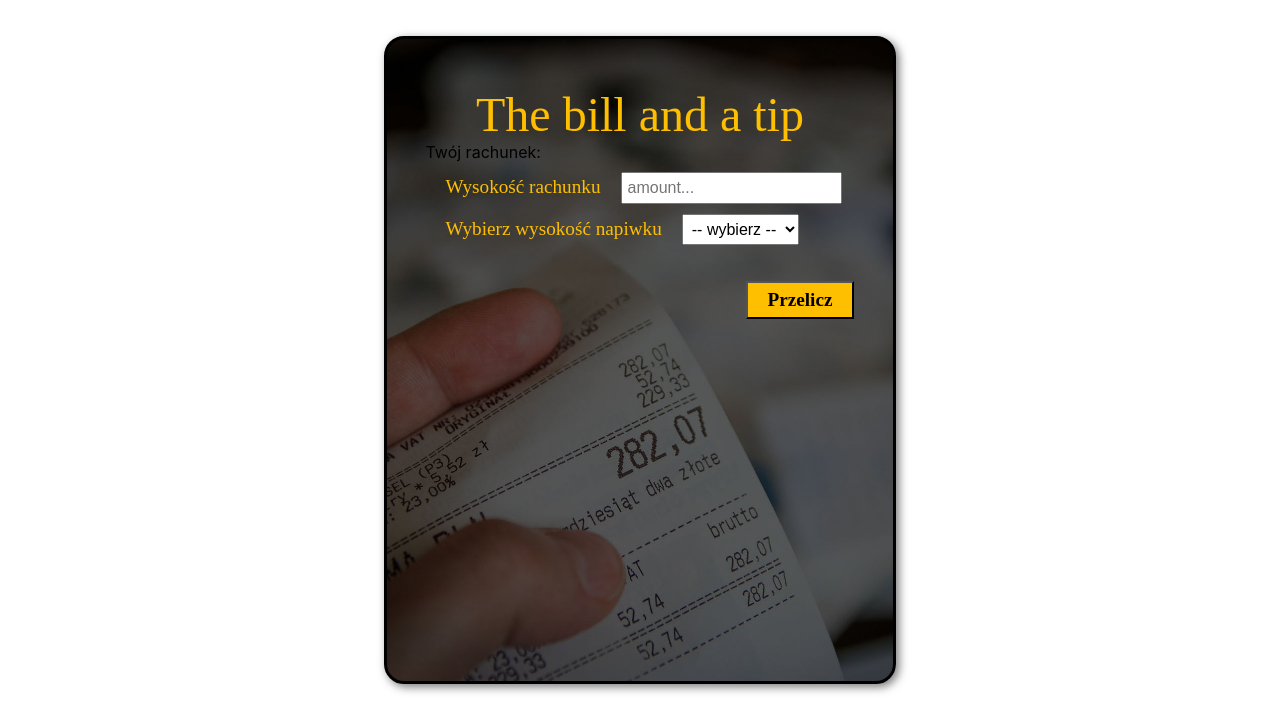
Repository: KrzysKolo/sr_tydzien4_zad1
Page: /
The author's editor kept a copy of each file at every save. The page is drawn from the files as they stood at one save, then again after the next save.
The browser window is 1280 px wide. The pictures show the whole page.
The pointer rests on the first visible `.btn__BillCard`.
Some web fonts or font styles are not loaded; a fallback is used. The project was rebuilt for these pictures with package versions that can differ from the ones it lists, and the page was loaded fresh each time.

Above is the page before, as saved 2020-11-06 10:52:47.

### public/index.html
<!DOCTYPE html>
<html lang="en">
  <head>
    <meta charset="utf-8" />
    <link rel="icon" href="%PUBLIC_URL%/favicon.ico" />
    <meta name="viewport" content="width=device-width, initial-scale=1" />
    <meta name="theme-color" content="#000000" />
    <meta
      name="description"
      content="Web site created using create-react-app"
    />
    <link rel="apple-touch-icon" href="%PUBLIC_URL%/logo192.png" />
    <!--
      manifest.json provides metadata used when your web app is installed on a
      user's mobile device or desktop. See https://developers.google.com/web/fundamentals/web-app-manifest/
    -->
    <link rel="manifest" href="%PUBLIC_URL%/manifest.json" />
    <!--
      Notice the use of %PUBLIC_URL% in the tags above.
      It will be replaced with the URL of the `public` folder during the build.
      Only files inside the `public` folder can be referenced from the HTML.

      Unlike "/favicon.ico" or "favicon.ico", "%PUBLIC_URL%/favicon.ico" will
      work correctly both with client-side routing and a non-root public URL.
      Learn how to configure a non-root public URL by running `npm run build`.
    -->
    <link href="https://fonts.googleapis.com/css2?family=Calligraffitti&family=Shadows+Into+Light+Two&family=Skranji&display=swap" rel="stylesheet">
    <title>Bill and tip</title>
  </head>
  <body>
    <noscript>You need to enable JavaScript to run this app.</noscript>
    <div id="root"></div>
    <!--
      This HTML file is a template.
      If you open it directly in the browser, you will see an empty page.

      You can add webfonts, meta tags, or analytics to this file.
      The build step will place the bundled scripts into the <body> tag.

      To begin the development, run `npm start` or `yarn start`.
      To create a production bundle, use `npm run build` or `yarn build`.
    -->
  </body>
</html>

### src/App.js
import './App.css';
import BillCard from './components/BillCard';
const App = () => {
  return (
    <div>
      <BillCard/>
    </div>
   );
}

export default App;

### src/components/BillCard.js
import React, { Component } from 'react';
import HeaderCard from './HeaderCard';
import SectionCard from './SectionCard';
import './BillCard.css';
class BillCard extends Component {
    state = {  }
    render() {
        return (
            <div className="billCard__wrapper">
                <HeaderCard/>
                <SectionCard />
            </div>
         );
    }
}

export default BillCard;

### src/components/HeaderCard.js
import React from 'react';
const HeaderCard = () => {
    return (
        <div className="billCard__header">
            The bill and a tip
        </div>
     );
}

export default HeaderCard;

### src/components/SectionCard.js
import React, { Component } from 'react';
class SectionCard extends Component {
    state = {  }
    render() {
        return (
            <section>
                <p>Twój rachunek: </p>
                <form>
                    <label className="label__BillCard" for="form__input-amount">Wysokość rachunku</label>
                    <input className="form__items" type="text" id="form__input-amount" name="amount" placeholder="amount..." /><br/>
                    <label className="label__BillCard" for="form__select">Wybierz wysokość napiwku</label>
                    <select className="form__items" name="tip" id="cars">
                        <option value="">-- wybierz --</option>
                        <option value="5">5%</option>
                        <option value="10">10%</option>
                        <option value="15">15%</option>
                        <option value="20">20%</option>
                    </select> <br />
                    <button className="btn__BillCard" type="submit">Przelicz</button>
                </form>
            </section>
         );
    }
}

export default SectionCard;

### src/components/BillCard.css
.billCard__wrapper {
  width: 40vw;
  height: 90vh;
  background: url("./../image/bill.jpg");
  background-size: cover;
  border: 3px solid black;
  border-radius: 20px;
  box-shadow: 3px 3px 10px #7a7a7a;
  display: flex;
  flex-direction: column;
  align-items: center;
  margin: 5vh auto;
}
.billCard__header {
  font-family: "Skranji", cursive;
  font-size: 3rem;
  color: rgb(253, 191, 0);
  margin-top: 3rem;
}
.label__BillCard {
  font-family: "Shadows Into Light Two", cursive;
  font-size: 1.2rem;
  color: rgb(253, 191, 0);
  padding: 20px;
}
.form__items {
  font-size: 1rem;
  padding: 5px;
  margin-top: 10px;
}
.btn__BillCard {
  font-family: "Shadows Into Light Two", cursive;
  font-size: 1.2rem;
  background-color: rgb(253, 191, 0);
  cursor: pointer;
  margin: 5vh auto 2vh 25vw;
  padding: 6px 20px;
  transition: all ease-in-out 0.6s;
  font-weight: bold;
}

Loaded but not shown: src/index.js (common file); src/index.css (common file); src/App.css (common file); public/manifest.json (common file)

After the next save:
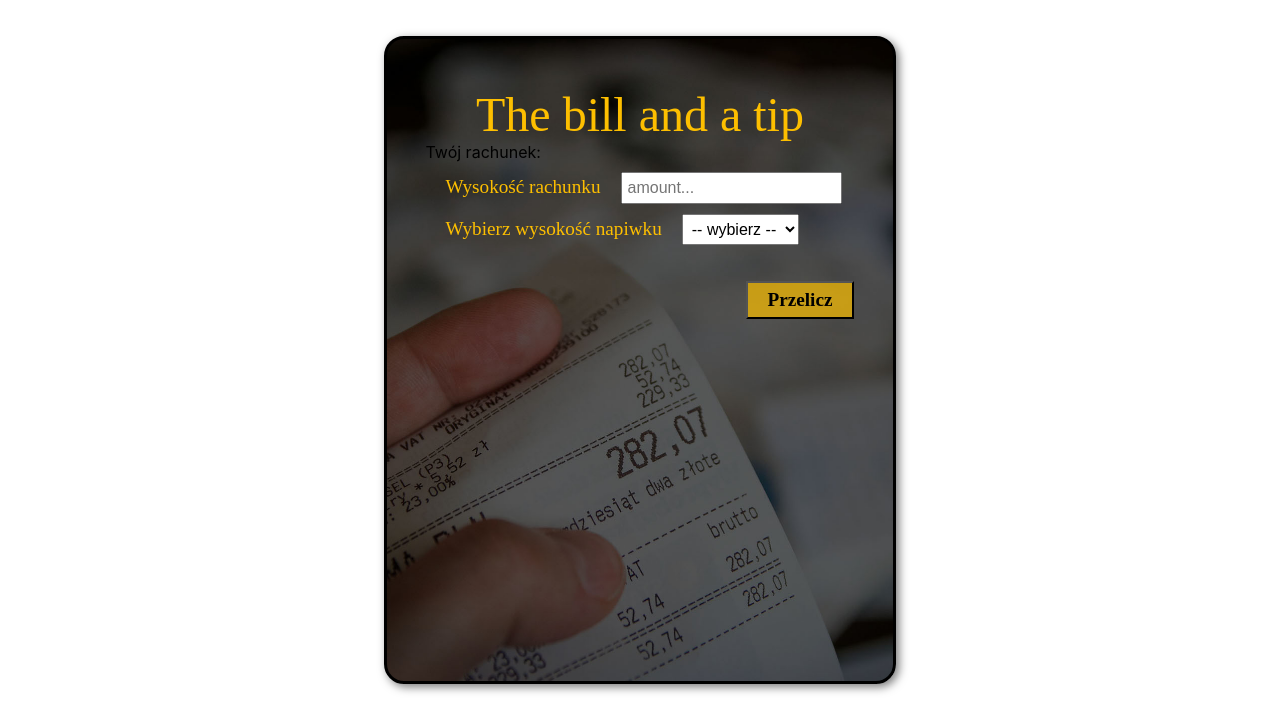
Saved 43 s later.
--- a/src/components/BillCard.css
+++ b/src/components/BillCard.css
@@ -38,3 +38,6 @@
   transition: all ease-in-out 0.6s;
   font-weight: bold;
 }
+.btn__BillCard:hover {
+  background-color: rgba(253, 191, 0, 0.7);
+}
